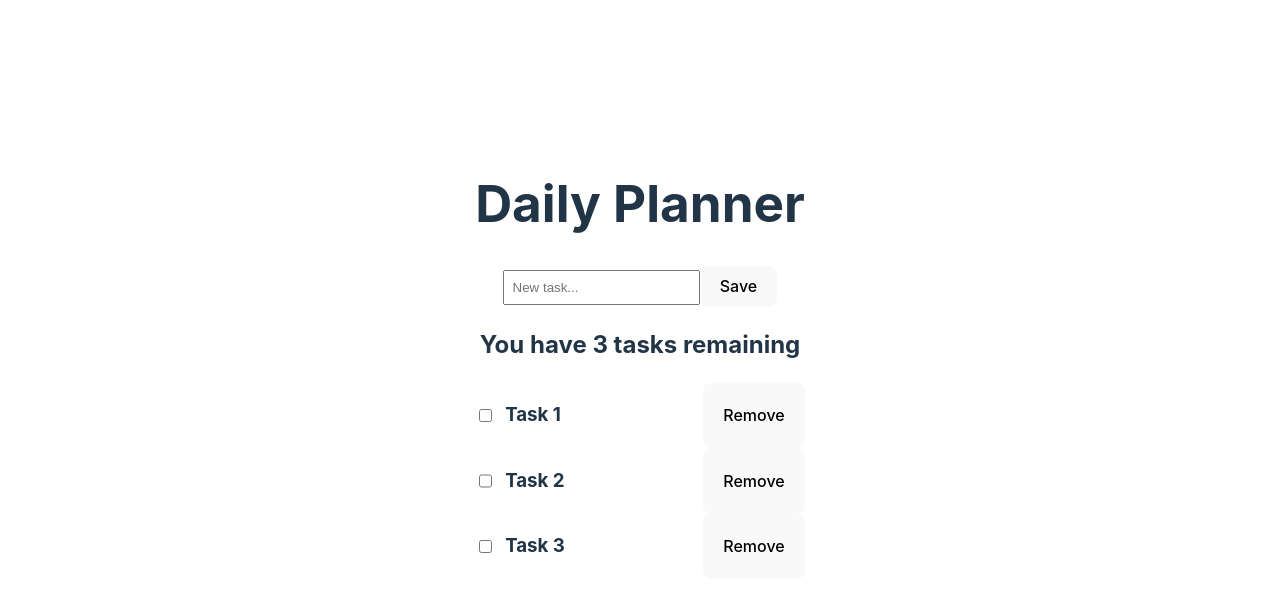
Repository: Vanessahyc/COMP3170_Week6_Lab4
Page: /
These files come from the project's save history. The page is drawn as it stood at one moment and after the next save; the edit follows.
The browser window is 1280 px wide. The pictures show the whole page.
The project was rebuilt for these pictures with package versions that can differ from the ones it lists, and the page was loaded fresh each time. Also part of the build but not shown: vite.config.js.

Above is the page before, as saved 2024-10-20 00:13:00.

After the next save:
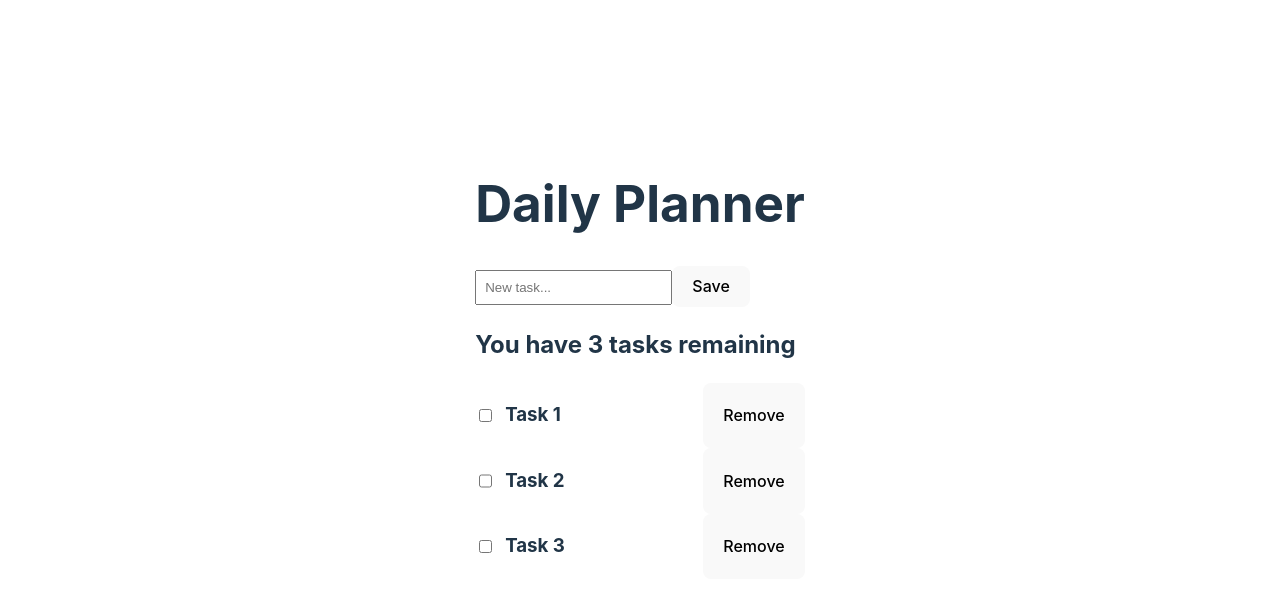
Saved 18 s later.
--- a/src/App.css
+++ b/src/App.css
@@ -2,7 +2,7 @@
   max-width: 1280px;
   margin: 0 auto;
   padding: 2rem;
-  text-align: center;
+  /* text-align: center; */
 }
 
 .logo {
